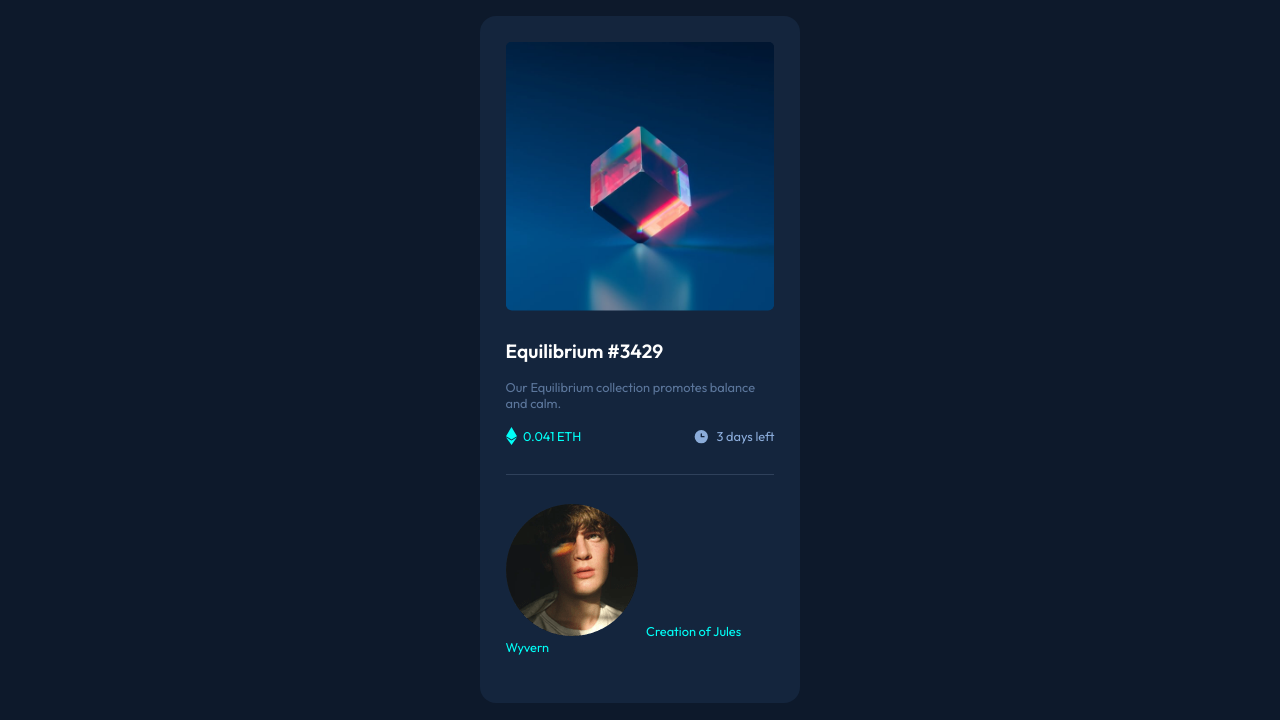
Repository: thaibaocoder1/nft-preview-card-component
Page: index.html
These files come from the project's save history. The page is drawn as it stood at one moment and after a run of saves; the edit follows.
The browser window is 1280 px wide. The pictures show the whole page.

Above is the page before, as saved 2023-01-06 18:57:21.

After the next 4 saves:
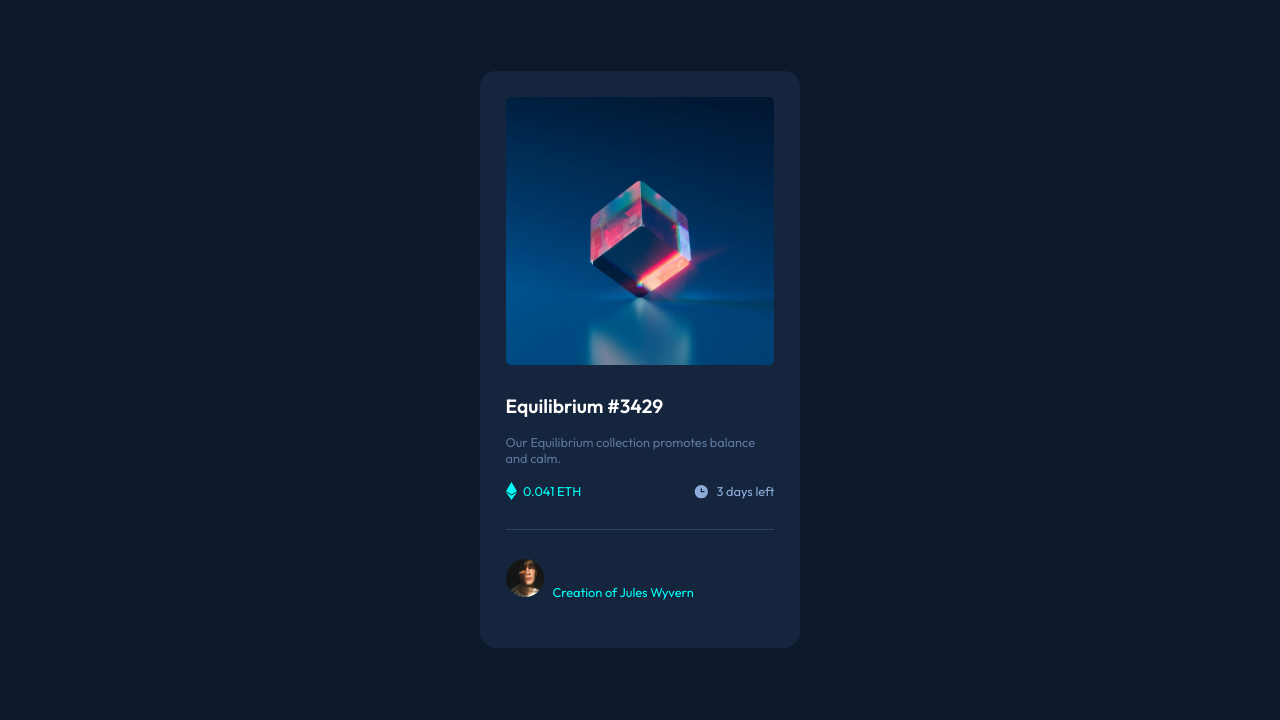
The 4 saves are shown as one change because they came seconds apart.
The last was saved 4 s later.
--- a/style.css
+++ b/style.css
@@ -86,5 +86,6 @@ body {
     padding-top: 1.8rem;
 }
 .container .container-footer .container-date--image {
-    w
+    width: 2.4rem;
+    height: 2.4rem;
 }
